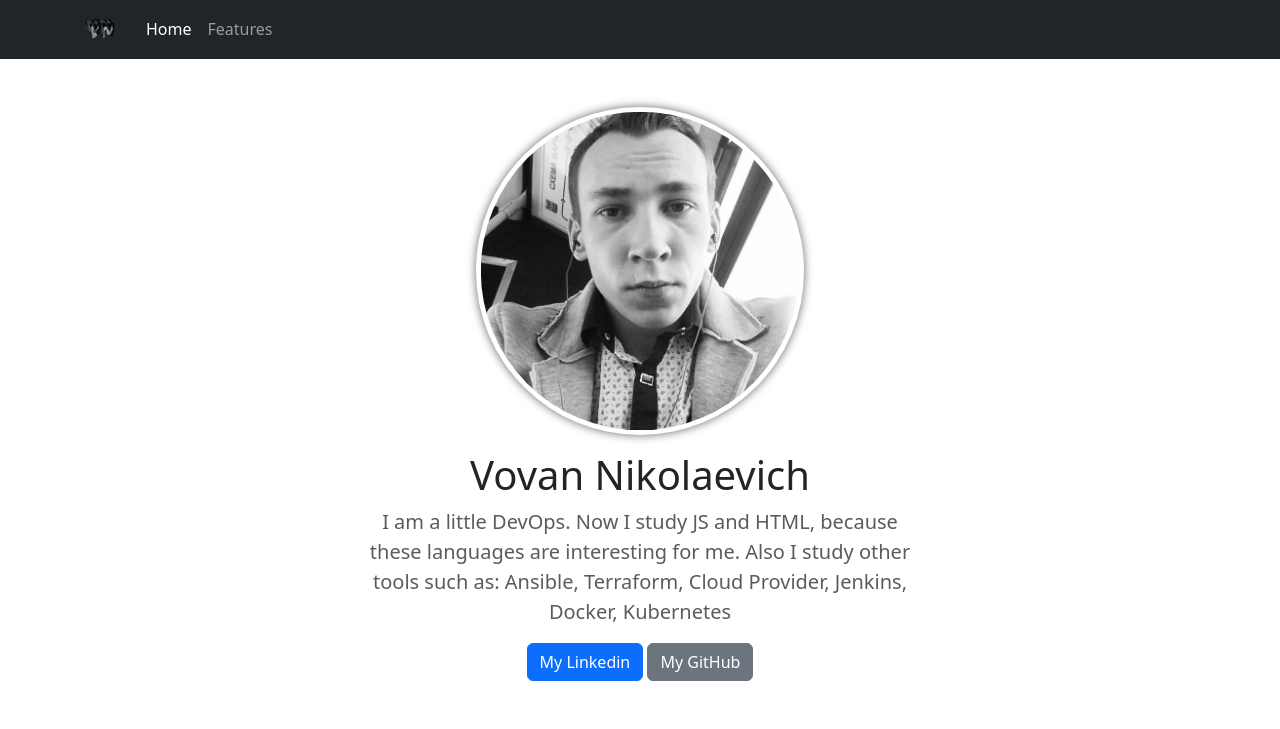
Repository: vovanbl411/mini-web-site
Page: index.html
These files come from the project's save history. The page is drawn as it stood at one moment and after the next save; the edit follows.
The browser window is 1280 px wide. The pictures show the whole page.

Above is the page before, as saved 2023-01-22 01:40:24.

### index.html
<!DOCTYPE html>
<html lang="en">
  <head>
    <meta charset="UTF-8" />
    <meta name="viewport" content="width=device-width, initial-scale=1.0" />
    <title>My page</title>
    <link
      href="https://cdn.jsdelivr.net/npm/bootstrap@5.3.0-alpha1/dist/css/bootstrap.min.css"
      rel="stylesheet"
      integrity="sha384-GLhlTQ8iRABdZLl6O3oVMWSktQOp6b7In1Zl3/Jr59b6EGGoI1aFkw7cmDA6j6gD"
      crossorigin="anonymous"
    />
    <script
      src="https://cdn.jsdelivr.net/npm/bootstrap@5.3.0-alpha1/dist/js/bootstrap.bundle.min.js"
      integrity="sha384-w76AqPfDkMBDXo30jS1Sgez6pr3x5MlQ1ZAGC+nuZB+EYdgRZgiwxhTBTkF7CXvN"
      crossorigin="anonymous"
    ></script>
    <style>
      .rounded-img {
        width: 60%;
        border-radius: 50%;
        box-shadow: 0 0 10px rgba(0, 0, 7, 0.6);
        padding: 0.3em;
        margin-bottom: 1em;
      }
    </style>
  </head>
  <body>
    <nav class="navbar navbar-expand-lg navbar-dark bg-dark">
      <div class="container">
        <a class="navbar-brand" href="/">
          <img src="VN(1).png" alt="Vovan Nikolaevich" width="40" />
        </a>
        <button
          class="navbar-toggler"
          data-bs-theme="dark"
          type="button"
          data-bs-toggle="collapse"
          data-bs-target="#navbarNav"
          aria-controls="navbarNav"
          aria-expanded="false"
          aria-label="Toggle navigation"
        >
          <span class="navbar-toggler-icon"></span>
        </button>
        <div class="collapse navbar-collapse" id="navbarNav">
          <ul class="navbar-nav">
            <li class="nav-item">
              <a class="nav-link active" aria-current="page" href="#">Home</a>
            </li>
            <li class="nav-item">
              <a class="nav-link" href="#">Features</a>
            </li>
          </ul>
        </div>
      </div>
    </nav>
    <div class="container text-center my-5">
      <div class="row">
        <div class="col-lg-6 col-md-8 mx-auto">
          <img
            class="rounded-img"
            src="Screenshot.png"
            alt="Vovan Nikolaevich"
          />
          <h1 class="fw-light">Vovan Nikolaevich</h1>
          <p class="lead text-muted">
            I am a little DevOps. Now I study JS and HTML, because these
            languages are interesting for me. Also I study other tools such as:
            Ansible, Terraform, Cloud Provider, Jenkins, Docker, Kubernetes
          </p>
          <a
            href="https://www.linkedin.com/in/vovan-nikolaevich/"
            target="_blank"
            class="btn btn-primary"
          >
            My Linkedin
          </a>
          <a
            href="https://github.com/vovanbl411"
            target="_blank"
            class="btn btn-secondary"
          >
            My GitHub
          </a>
        </div>
      </div>
    </div>
  </body>
</html>

After the next save:
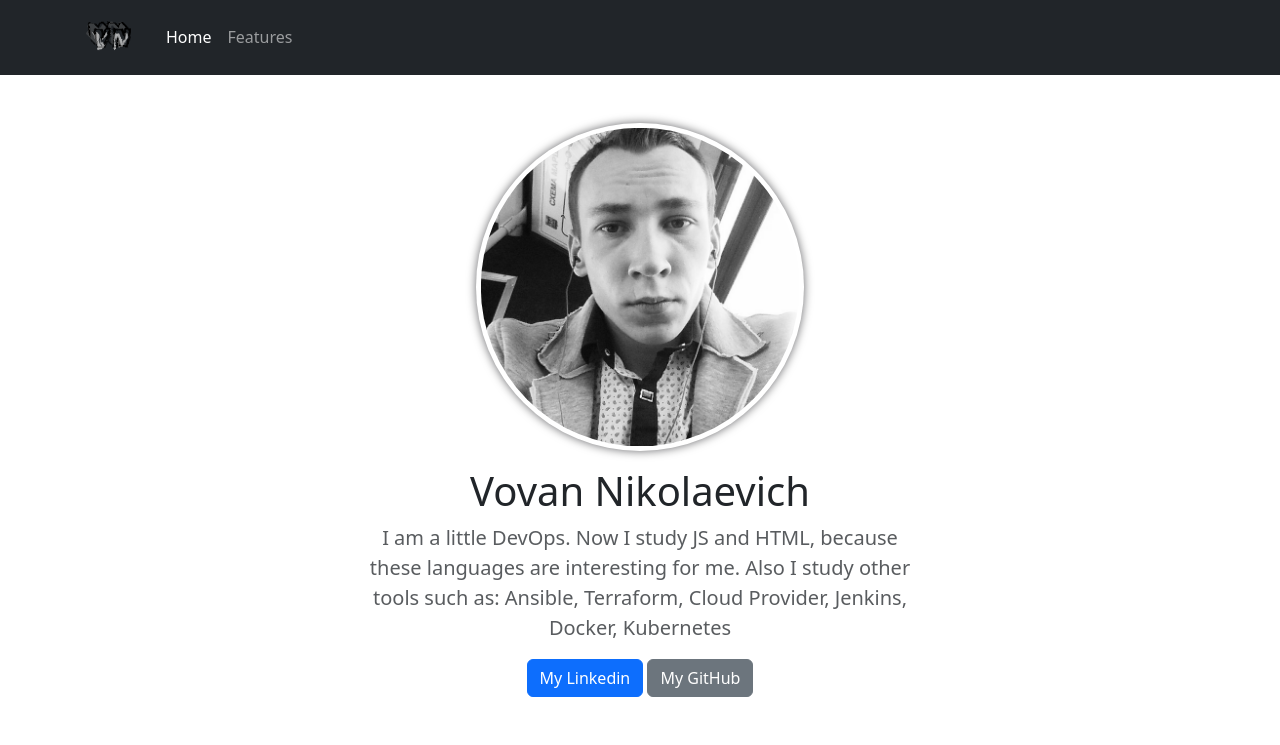
Saved 12 s later.
--- a/index.html
+++ b/index.html
@@ -29,7 +29,7 @@
     <nav class="navbar navbar-expand-lg navbar-dark bg-dark">
       <div class="container">
         <a class="navbar-brand" href="/">
-          <img src="VN(1).png" alt="Vovan Nikolaevich" width="40" />
+          <img src="VN(1).png" alt="Vovan Nikolaevich" width="60" />
         </a>
         <button
           class="navbar-toggler"
